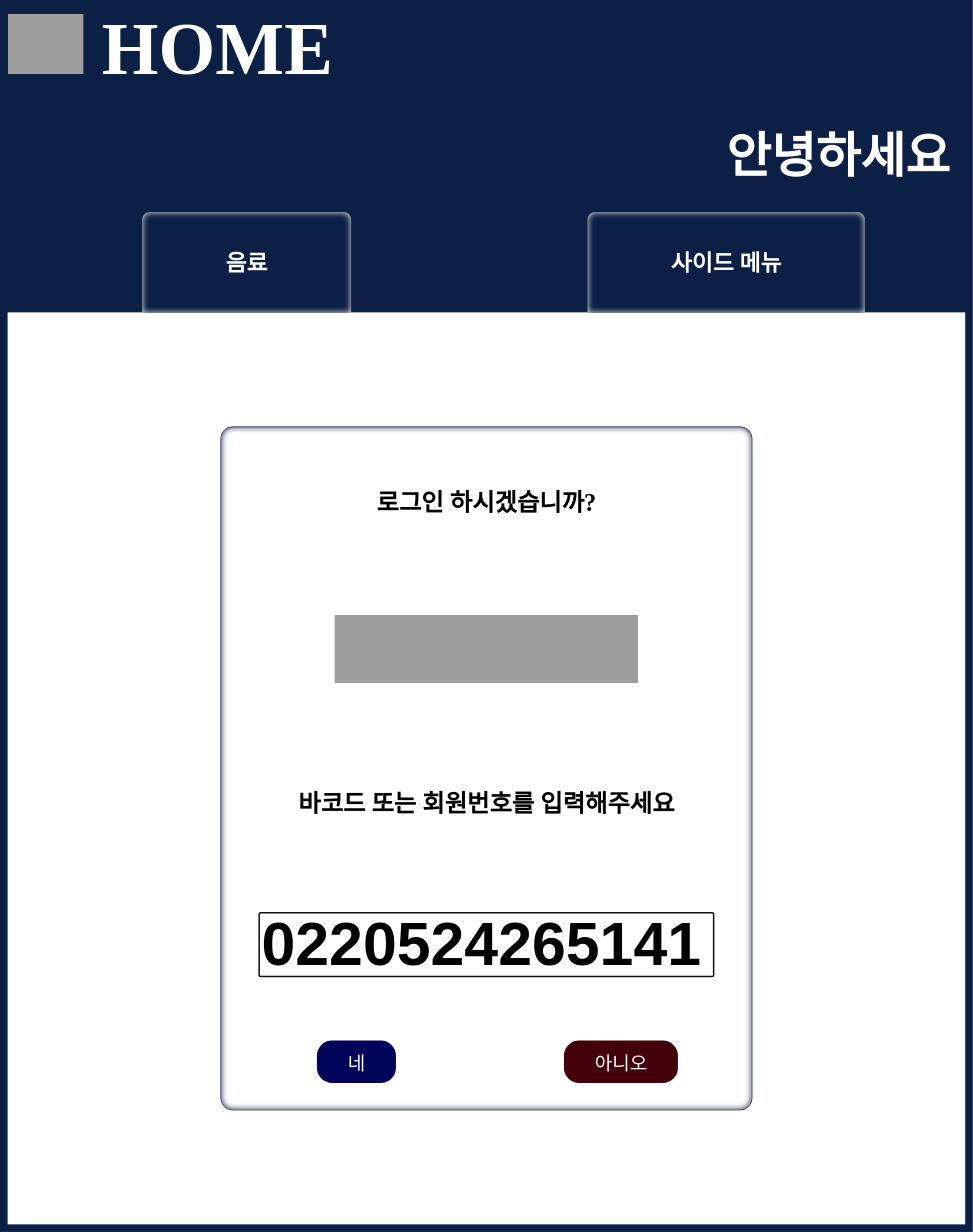
Repository: DevJoeYC/Metabukcs
Page: http://localhost/metabucks/KIOSK/login.jsp
These files come from the project's save history. The page is drawn as it stood at one moment and after the next save; the edit follows.
The browser window is 1280 px wide. The pictures show the whole page, at 76% of full size.
Pictures or frames that could not be fetched are drawn as grey boxes. The page is served by Tomcat 9.

Above is the page before, as saved 2022-05-27 06:30:08.

After the next save:
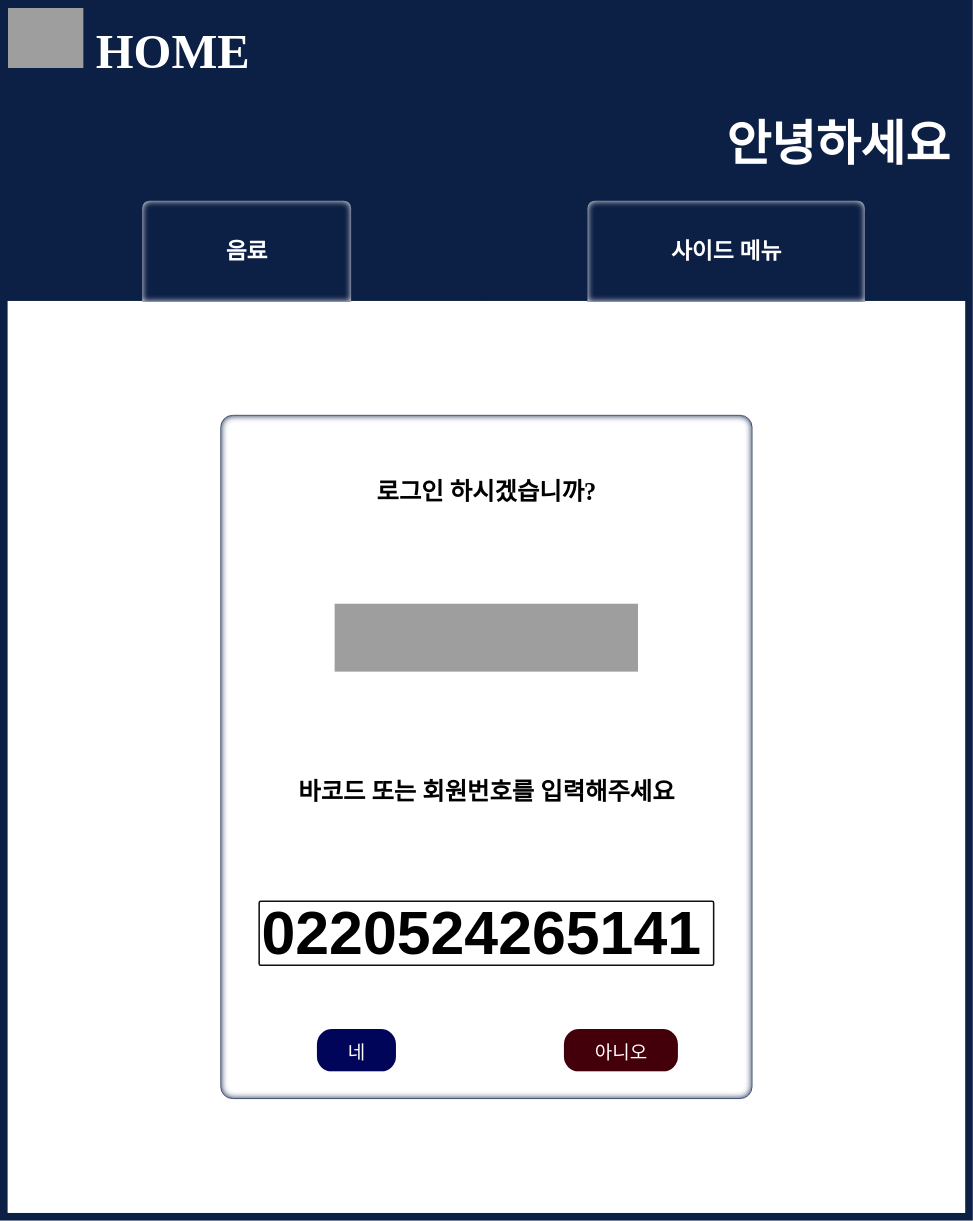
Saved 35 s later.
--- a/metabucks/WebContent/KIOSK/includes/head.jsp
+++ b/metabucks/WebContent/KIOSK/includes/head.jsp
@@ -23,7 +23,7 @@
 	<body>
 		<table border=0  style="width:100%;">
 			<tr>
-				<td id="bar" colspan="2" style="text-align:left;padding:0px 0px 30px 0px; font-size:6rem;">
+				<td id="bar" colspan="2" style="text-align:left;padding:0px 0px 30px 0px; font-size:4rem;">
 					<a style="color: white;text-decoration:none;" href="index.jsp">
 					<img src="images/CoffeeLogo.png" height="80px" width="100px">
 					HOME &nbsp;
